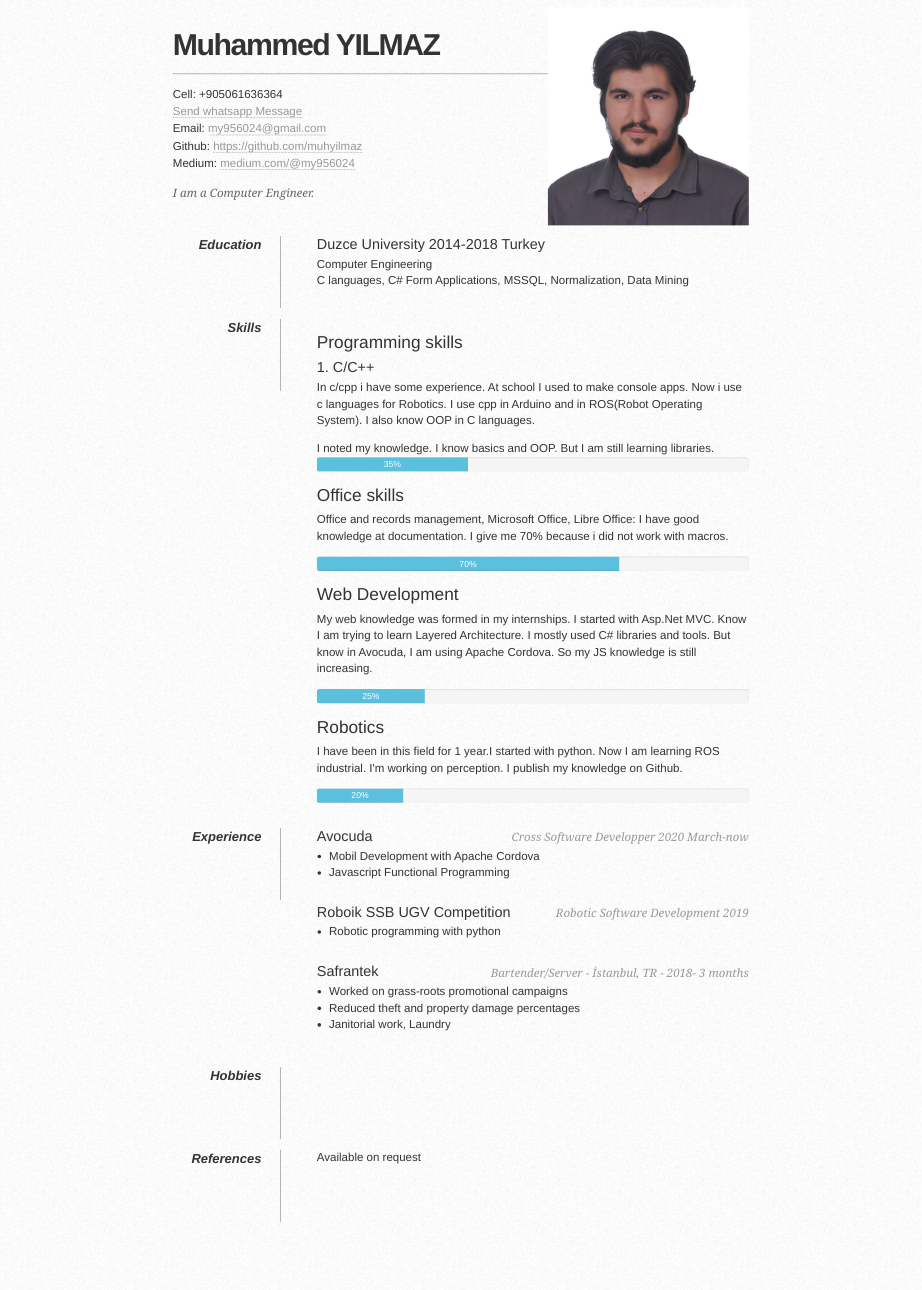
Repository: muhyilmaz/muhyilmaz.github.io
Page: index.html
The author's editor kept a copy of each file at every save. The page is drawn from the files as they stood at one save, then again after the next save.
The browser window is 1280 px wide. The pictures show the whole page, at 72% of full size.

Above is the page before, as saved 2020-06-08 18:51:50.

After the next save:
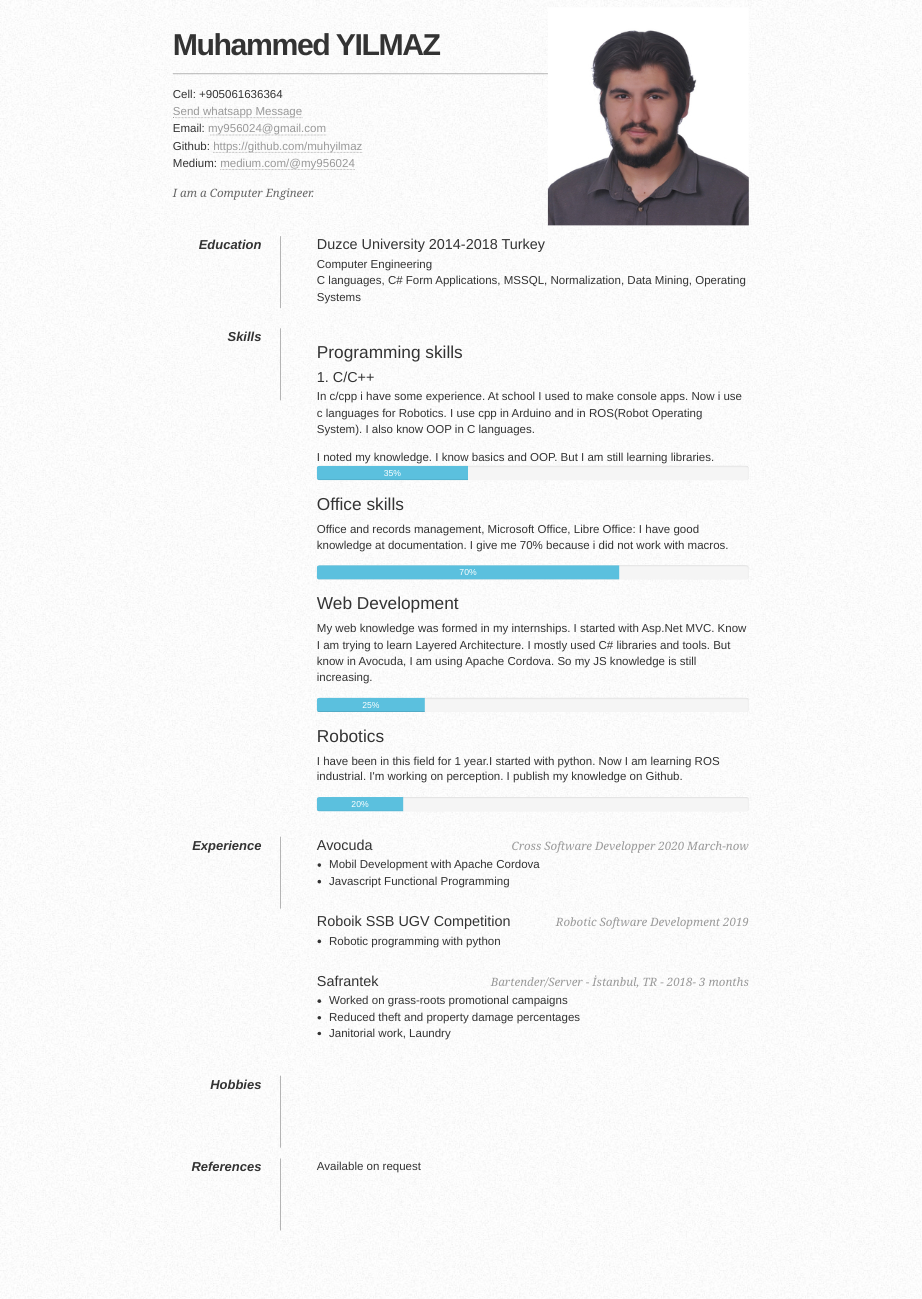
Saved 11 s later.
--- a/index.html
+++ b/index.html
@@ -70,7 +70,7 @@
             <dd>
                 <h2>Duzce University 2014-2018 Turkey</h2>
                 <p> Computer Engineering </br>
-                    C languages, C# Form Applications, MSSQL, Normalization, Data Mining
+                    C languages, C# Form Applications, MSSQL, Normalization, Data Mining, Operating Systems
 				</p>
             </dd>
 
